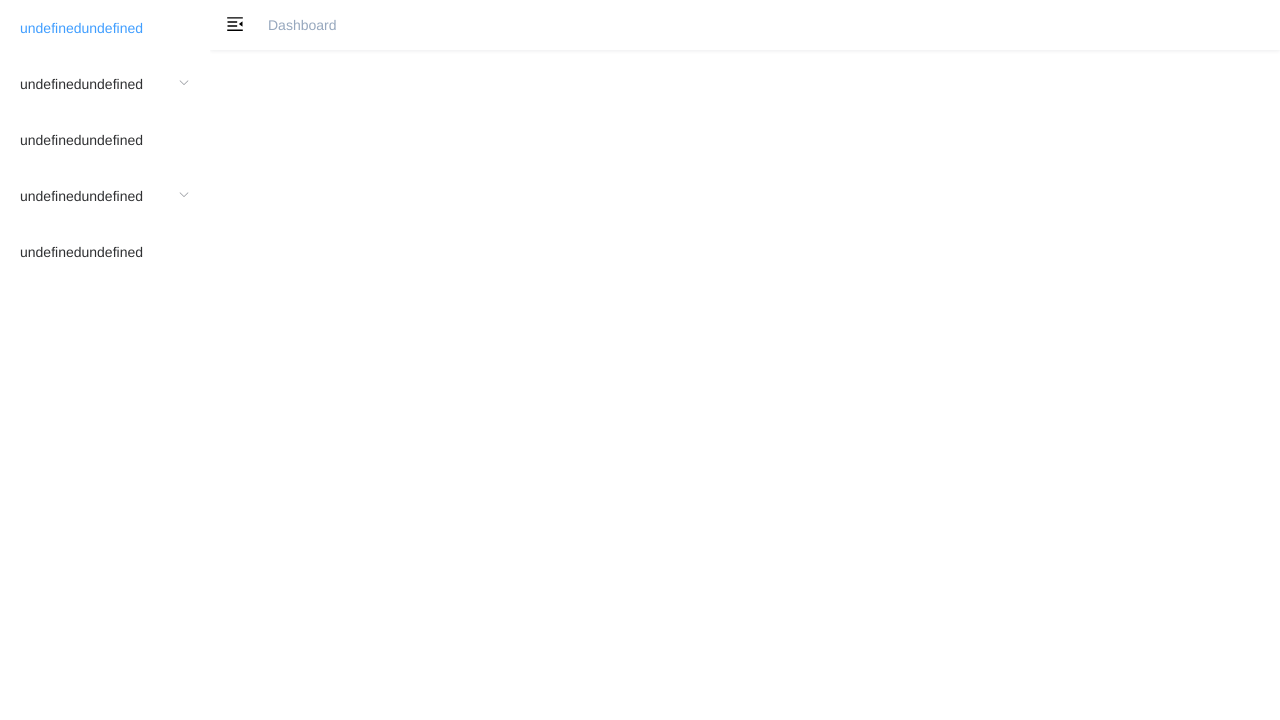
Repository: liuliumm/hrsaas
Page: /
The author's editor kept a copy of each file at every save. The page is drawn from the files as they stood at one save, then again after the next save.
The browser window is 1280 px wide. The pictures show the whole page.
The page's requests for data from a server got no answer. The project was rebuilt for these pictures with package versions that can differ from the ones it lists, and the page was loaded fresh each time. No one was signed in, and anything a server would have sent is missing. Also part of the build but not shown: vue.config.js, src/layout/components/Sidebar/Logo.vue, src/styles/variables.scss.

Above is the page before, as saved 2023-02-25 17:08:01.

After the next save:
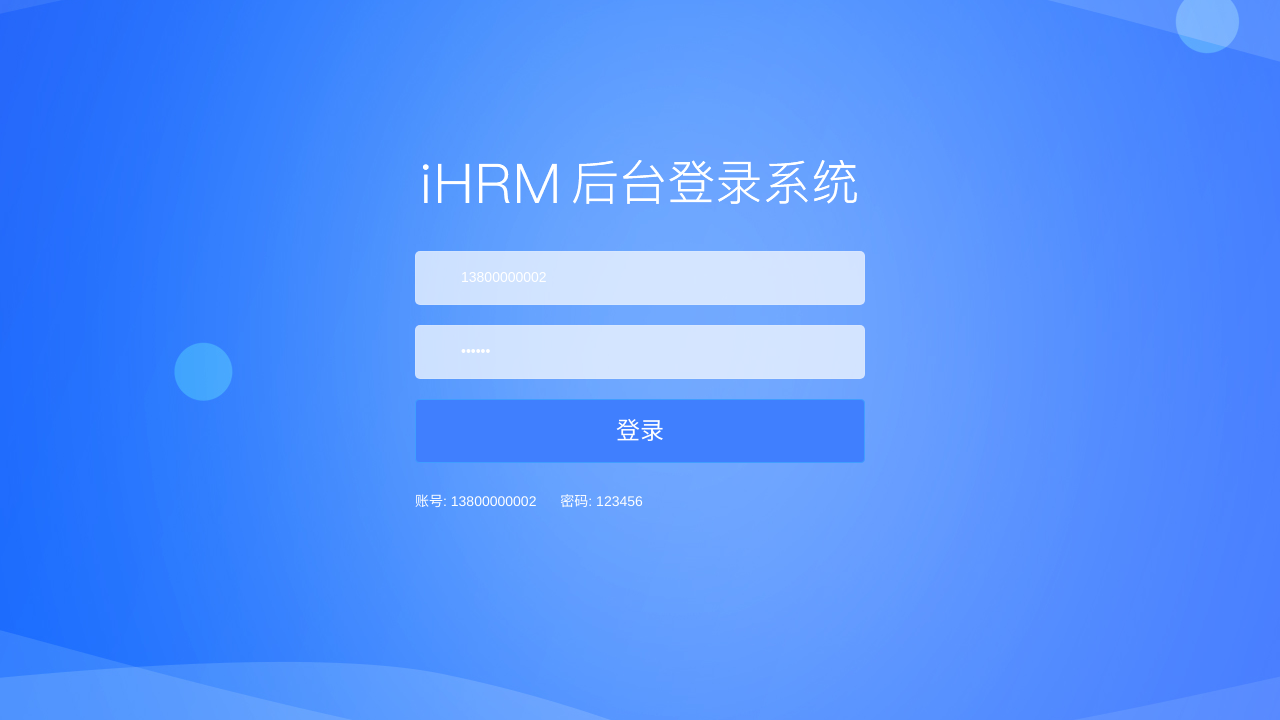
Saved 70 min 29 s later.
--- a/src/permission.js
+++ b/src/permission.js
@@ -1,65 +1,88 @@
 // // 控制页面登录权限的文件
-// import router from './router'
-// import store from './store'
+import router from './router'  //引入路由实例
+import store from './store'  //引入 vuex store 实例
 // import { Message } from 'element-ui'
-// import NProgress from 'nprogress' // progress bar
-// import 'nprogress/nprogress.css' // progress bar style
+import NProgress from 'nprogress' // progress bar引入一份进度条插件
+import 'nprogress/nprogress.css' // progress bar style引入进度条样式
+import { indexOf } from 'core-js/core/array'
 // import { getToken } from '@/utils/auth' // get token from cookie
 // import getPageTitle from '@/utils/get-page-title'
 
 // NProgress.configure({ showSpinner: false }) // NProgress Configuration
+// 定义白名单
+const whiteList = ['/login', '/404'] // no redirect whitelist
+// 路由前置守卫
+router.beforeEach(async (to, from, next) => {
+    //   start progress bar   开启进度条
+    NProgress.start()
+    if (store.getters.token) {
+        if (to.path === '/login') {
+            next({ path: '/' }) //跳到主页
+            NProgress.done()
+        } else {    // ？？？ why
+            next() // 直接放行
+        }
+    } else { //如果没有token
+        if (whiteList.indexOf(to.path) > -1) { // indexOf返回值等于-1表示找不到该字符串
+            next() //
+        } else {
+            next('/login')
+        }
+    }
+    // 解决手动切换地址时，进度条不关闭的问题
+    NProgress.done()   // 手动强制关闭，
+    router.afterEach(() => {
+        // finish progress bar
+        NProgress.done()
 
-// const whiteList = ['/login'] // no redirect whitelist
 
-// router.beforeEach(async(to, from, next) => {
-//   // start progress bar
-//   NProgress.start()
 
-//   // set page title
-//   document.title = getPageTitle(to.meta.title)
+        // set page title
+        //   document.title = getPageTitle(to.meta.title)
 
-//   // determine whether the user has logged in
-//   const hasToken = getToken()
+        //   // determine whether the user has logged in
+        //   const hasToken = getToken()
 
-//   if (hasToken) {
-//     if (to.path === '/login') {
-//       // if is logged in, redirect to the home page
-//       next({ path: '/' })
-//       NProgress.done()
-//     } else {
-//       const hasGetUserInfo = store.getters.name
-//       if (hasGetUserInfo) {
-//         next()
-//       } else {
-//         try {
-//           // get user info
-//           await store.dispatch('user/getInfo')
+        //   if (hasToken) {
+        //     if (to.path === '/login') {
+        //       // if is logged in, redirect to the home page
+        //       next({ path: '/' })
+        //       NProgress.done()
+        //     } else {
+        //       const hasGetUserInfo = store.getters.name
+        //       if (hasGetUserInfo) {
+        //         next()
+        //       } else {
+        //         try {
+        //           // get user info
+        //           await store.dispatch('user/getInfo')
 
-//           next()
-//         } catch (error) {
-//           // remove token and go to login page to re-login
-//           await store.dispatch('user/resetToken')
-//           Message.error(error || 'Has Error')
-//           next(`/login?redirect=${to.path}`)
-//           NProgress.done()
-//         }
-//       }
-//     }
-//   } else {
-//     /* has no token*/
+        //           next()
+        //         } catch (error) {
+        //           // remove token and go to login page to re-login
+        //           await store.dispatch('user/resetToken')
+        //           Message.error(error || 'Has Error')
+        //           next(`/login?redirect=${to.path}`)
+        //           NProgress.done()
+        //         }
+        //       }
+        //     }
+        //   } else {
+        //     /* has no token*/
 
-//     if (whiteList.indexOf(to.path) !== -1) {
-//       // in the free login whitelist, go directly
-//       next()
-//     } else {
-//       // other pages that do not have permission to access are redirected to the login page.
-//       next(`/login?redirect=${to.path}`)
-//       NProgress.done()
-//     }
-//   }
-// })
+        //     if (whiteList.indexOf(to.path) !== -1) {
+        //       // in the free login whitelist, go directly
+        //       next()
+        //     } else {
+        //       // other pages that do not have permission to access are redirected to the login page.
+        //       next(`/login?redirect=${to.path}`)
+        //       NProgress.done()
+        //     }
+        //   }
+        // })
 
-// router.afterEach(() => {
-//   // finish progress bar
-//   NProgress.done()
-// })
+        // router.afterEach(() => {
+        //   // finish progress bar
+        //   NProgress.done()
+    })
+})
